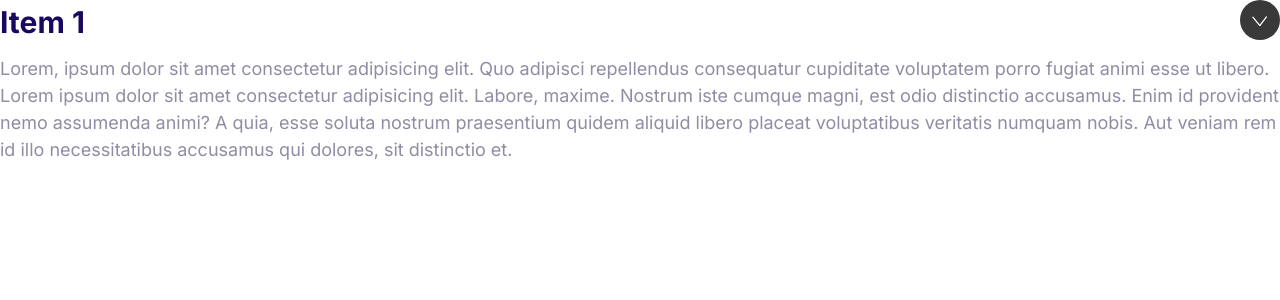
Repository: Qiwenweiii/CodeWithMosh
Page: index.html
These files come from the project's save history. The page is drawn as it stood at one moment and after the next save; the edit follows.
The browser window is 1280 px wide. The pictures show the whole page.

Above is the page before, as saved 2021-11-15 21:35:31.

After the next save:
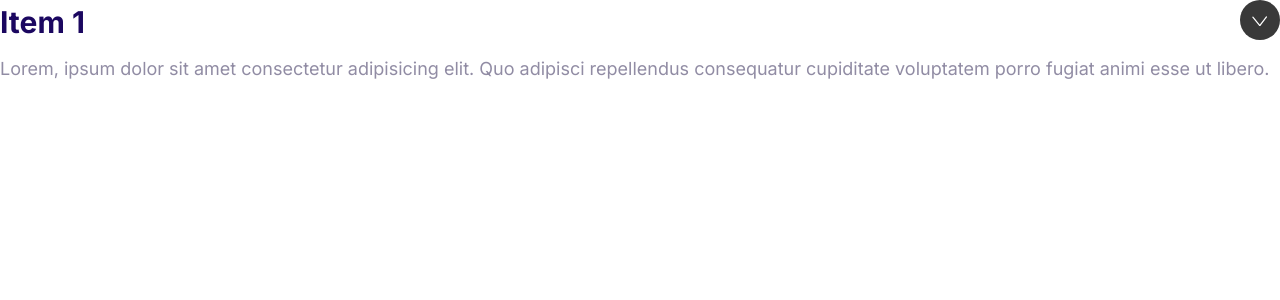
Saved 29 s later.
--- a/index.html
+++ b/index.html
@@ -28,14 +28,14 @@
         repellendus consequatur cupiditate voluptatem porro fugiat animi esse ut
         libero.
       </div>
-      <p>
+      <!-- <p>
         Lorem ipsum dolor sit amet consectetur adipisicing elit. Labore, maxime.
         Nostrum iste cumque magni, est odio distinctio accusamus. Enim id
         provident nemo assumenda animi? A quia, esse soluta nostrum praesentium
         quidem aliquid libero placeat voluptatibus veritatis numquam nobis. Aut
         veniam rem id illo necessitatibus accusamus qui dolores, sit distinctio
         et.
-      </p>
+      </p> -->
     </div>
     <script src="./js/main.js"></script>
   </body>

After the 3 saves that followed:
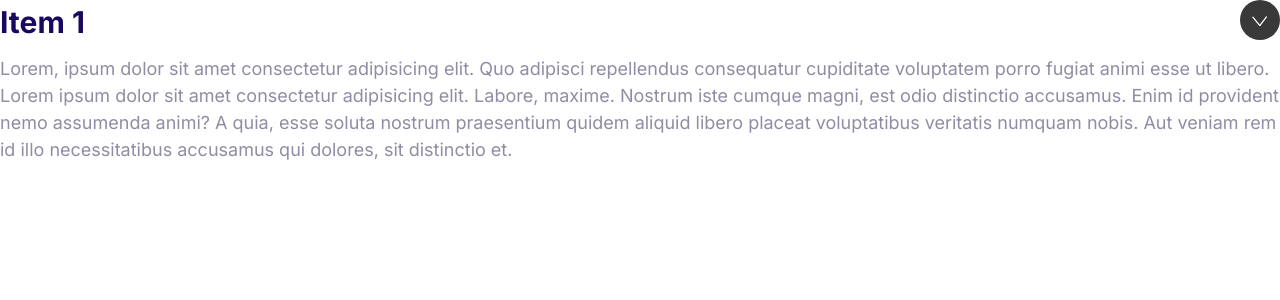
The 3 saves are shown as one change because 2 left the picture as it was.
The last was saved 2 min 14 s later.
--- a/index.html
+++ b/index.html
@@ -28,14 +28,14 @@
         repellendus consequatur cupiditate voluptatem porro fugiat animi esse ut
         libero.
       </div>
-      <!-- <p>
+      <p>
         Lorem ipsum dolor sit amet consectetur adipisicing elit. Labore, maxime.
         Nostrum iste cumque magni, est odio distinctio accusamus. Enim id
         provident nemo assumenda animi? A quia, esse soluta nostrum praesentium
         quidem aliquid libero placeat voluptatibus veritatis numquam nobis. Aut
         veniam rem id illo necessitatibus accusamus qui dolores, sit distinctio
         et.
-      </p> -->
+      </p>
     </div>
     <script src="./js/main.js"></script>
   </body>
--- a/styles/styles.css
+++ b/styles/styles.css
@@ -580,11 +580,11 @@ a {
 .collapsible__content {
   max-height: 0;
   overflow: hidden;
-  /* opacity: 0; */
+  opacity: 0;
   transition: all 0.3s ease-in-out;
 }
 
 .collapsible--expanded .collapsible__content {
   max-height: 100vh;
-  /* opacity: 1; */
-}
+  opacity: 1;
+}
